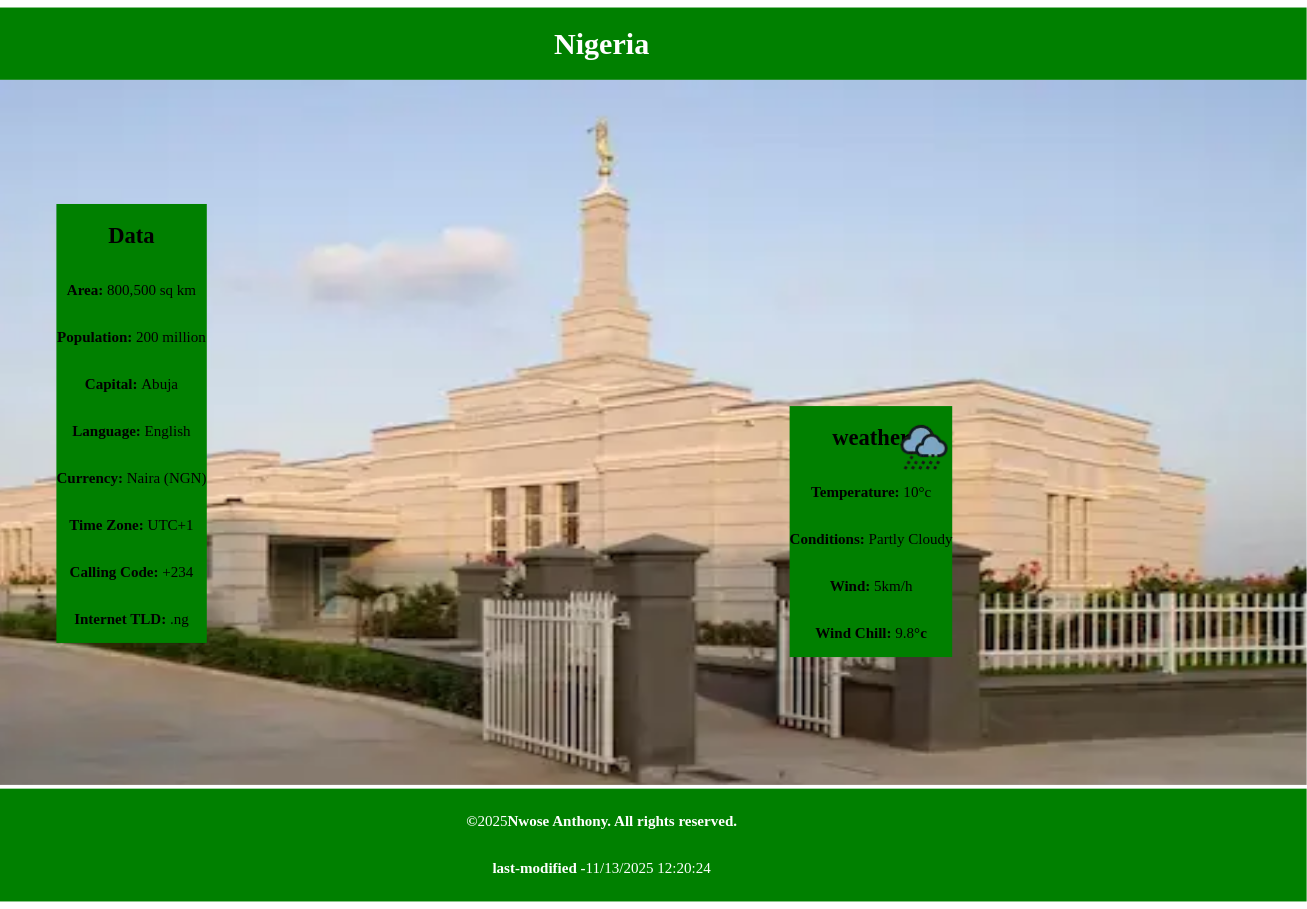
Repository: NoblesNigeria/wdd131
Page: place.html
An editor plug-in stored every save of this project. The page is shown before and after the next save, followed by the edit.
The browser window is 1280 px wide. The page is 1390 px wide, so the pictures cover 1390 px, including what lies to the right of the window. The pictures show the whole page, at 94% of full size.

Above is the page before, as saved 2025-11-13 14:15:58.

After the next save:
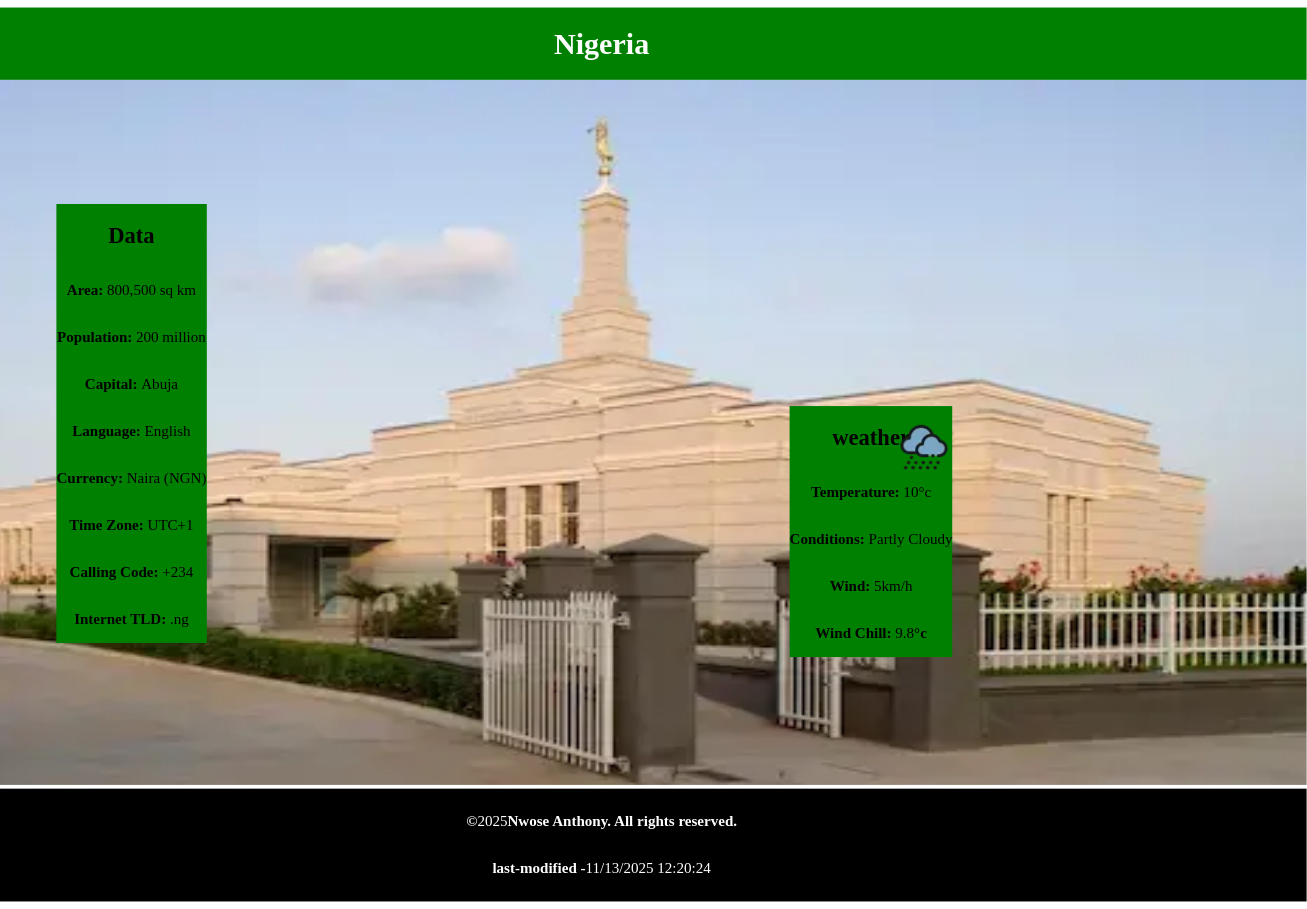
Saved 44 s later.
--- a/styles/place-large.css
+++ b/styles/place-large.css
@@ -52,7 +52,7 @@
 footer{
     display: grid;
     grid-template-columns: 1fr;
-    background-color: green;
+    backg
 }
 footer p{
     display: flex;

After the save that followed:
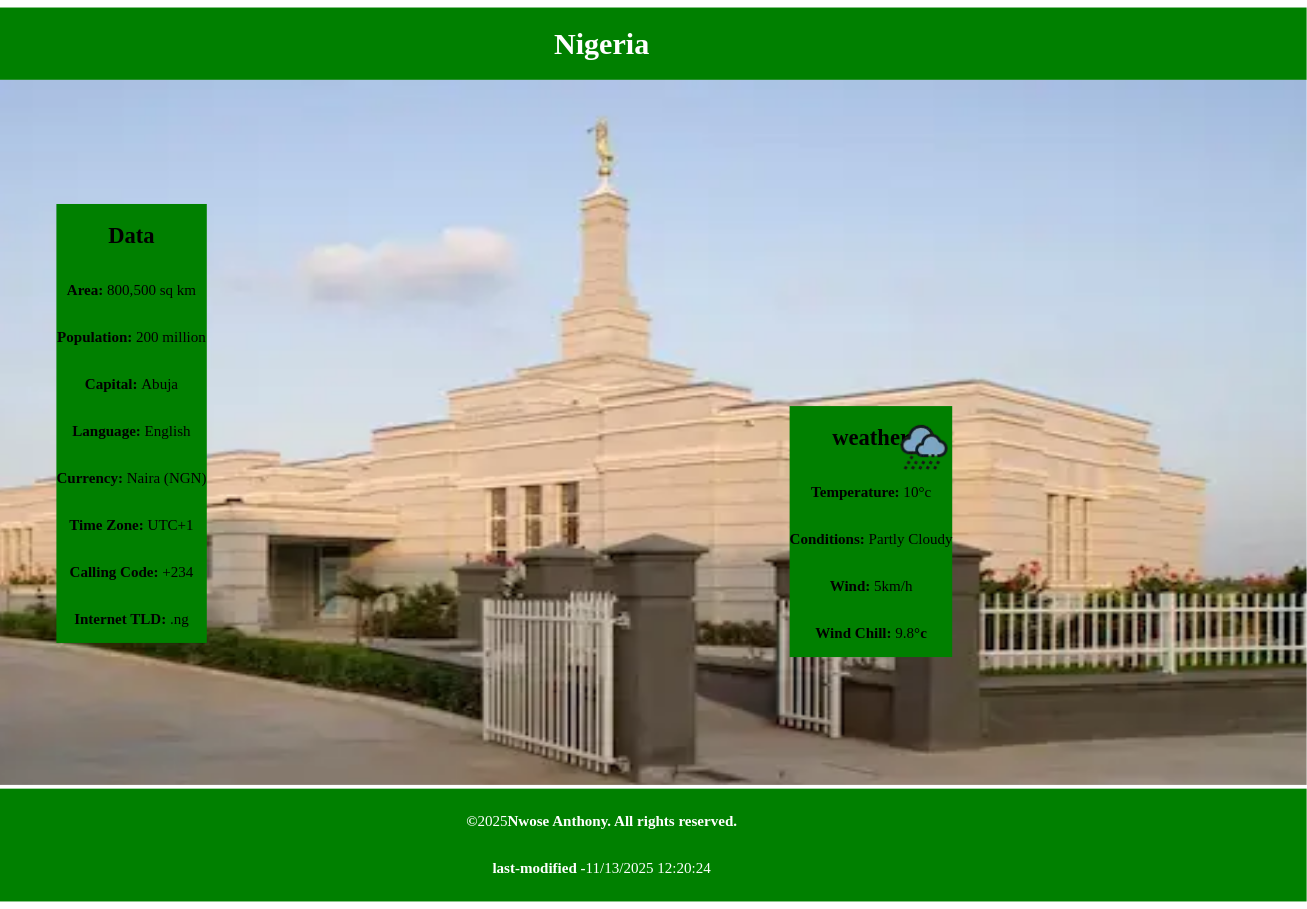
Saved 4 s later.
--- a/styles/place-large.css
+++ b/styles/place-large.css
@@ -52,7 +52,7 @@
 footer{
     display: grid;
     grid-template-columns: 1fr;
-    backg
+    background-color: green;
 }
 footer p{
     display: flex;
